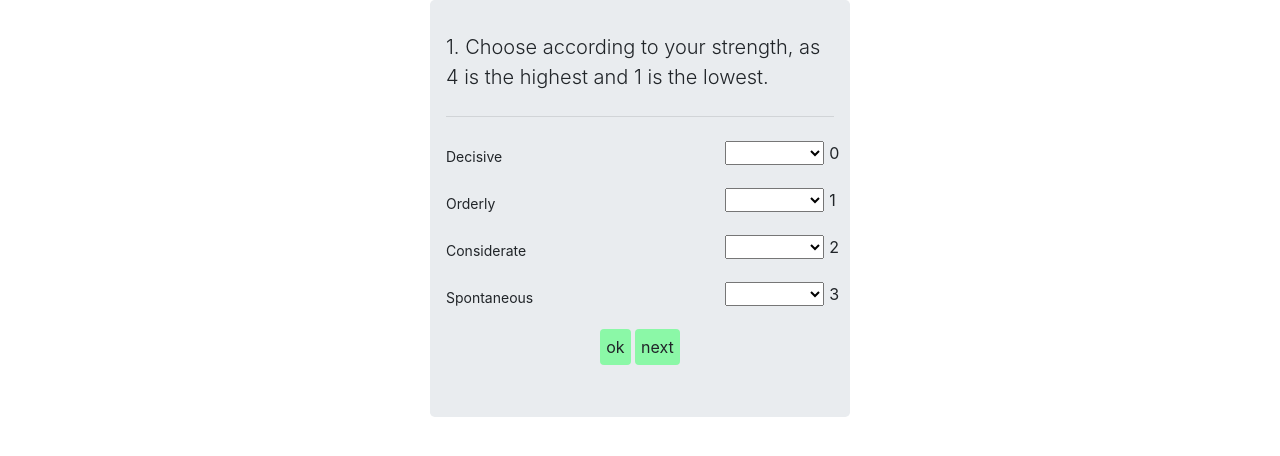
Repository: joroni/personality_test
Page: frontend/index.html
These files come from the project's save history. The page is drawn as it stood at one moment and after the next save; the edit follows.
The browser window is 1280 px wide. The pictures show the whole page.
Some web libraries are served in a nearby version.

Above is the page before, as saved 2020-09-08 06:25:41.

After the next save:
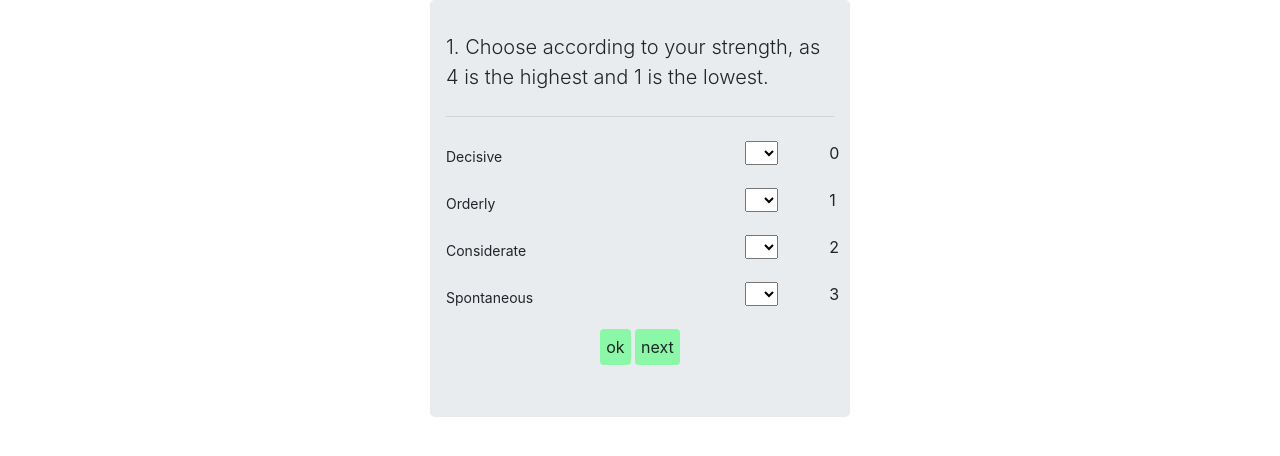
Saved 14 s later.
--- a/frontend/js/script.js
+++ b/frontend/js/script.js
@@ -43,7 +43,19 @@ app.controller("quizCtrl", function ($scope) {
 
       question: "2.  Choose according to your strength, as 4 is the highest and 1 is the lowest.",
       type: "multiple",
-       priorities: [{4:"4"}, {3:"3"}, {2:"2"}, {1:"1"}],
+      priorities: [{
+        label:"4",
+        value:4
+      },{
+        label:"3",
+        value:2
+      },{
+        label:"2",
+        value:2
+      },{
+        label:"1",
+        value:1
+      }],
       options: [{
           text: "Results",
           priority: 0,
@@ -65,7 +77,19 @@ app.controller("quizCtrl", function ($scope) {
     {
       question: "3.  Choose according to your strength, as 4 is the highest and 1 is the lowest.",
       type: "multiple",
-       priorities: [{4:"4"}, {3:"3"}, {2:"2"}, {1:"1"}],
+      priorities: [{
+        label:"4",
+        value:4
+      },{
+        label:"3",
+        value:2
+      },{
+        label:"2",
+        value:2
+      },{
+        label:"1",
+        value:1
+      }],
       options: [{
           text: "Destination",
           priority: 1,
@@ -87,7 +111,19 @@ app.controller("quizCtrl", function ($scope) {
     {
       question: "4.  Choose according to your strength, as 4 is the highest and 1 is the lowest.",
       type: "multiple",
-       priorities: [{4:"4"}, {3:"3"}, {2:"2"}, {1:"1"}],
+      priorities: [{
+        label:"4",
+        value:4
+      },{
+        label:"3",
+        value:2
+      },{
+        label:"2",
+        value:2
+      },{
+        label:"1",
+        value:1
+      }],
       options: [{
           text: "Blunt	",
           priority: 0,
